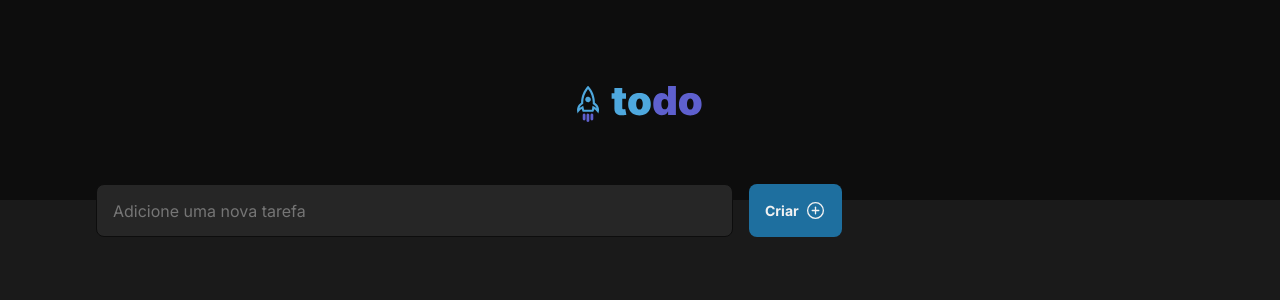
Repository: viniimartins/ToDoListROCKETSEAT
Page: /
The author's editor kept a copy of each file at every save. The page is drawn from the files as they stood at one save, then again after the next save.
The browser window is 1280 px wide. The pictures show the whole page.
The project was rebuilt for these pictures with package versions that can differ from the ones it lists, and the page was loaded fresh each time. Also part of the build but not shown: vite.config.ts.

Above is the page before, as saved 2023-05-05 15:12:15.

### index.html
<!DOCTYPE html>
<html lang="en">
  <head>
    <meta charset="UTF-8" />

    <link rel="preconnect" href="https://fonts.googleapis.com" />
    <link rel="preconnect" href="https://fonts.gstatic.com" crossorigin />

    <link rel="icon" type="image/svg+xml" href="/vite.svg" />
    <meta name="viewport" content="width=device-width, initial-scale=1.0" />
    <title>Vite + React + TS</title>

    <link
      href="https://fonts.googleapis.com/css2?family=Inter:wght@400;700&display=swap"
      rel="stylesheet"
    />
  </head>
  <body>
    <div id="root"></div>
    <script type="module" src="/src/main.tsx"></script>
  </body>
</html>

### src/App.tsx
import { Header } from "./Components/Header";
import { AddTask } from "./Components/AddTask";

import styles from "./App.module.css";
import "./global.css";

export function App() {
  return (
    <>
      <div>
        <Header />

        <main className={styles.wrapper}>
          <AddTask />
        </main>
      </div>
    </>
  );
}

### src/Components/Header.tsx
import styles from "./Header.module.css";
import Logo from "../assets/Logo.svg";

export function Header() {
  return (
    <>
      <header className={styles.header}>
        <img src={Logo} />
      </header>
    </>
  );
}

### src/Components/AddTask.tsx
import { PlusCircle } from "phosphor-react";
import styles from "./AddTask.module.css";

export function AddTask() {
  return (
    <div className={styles.inputs}>
      <input
        className={styles.inputText}
        type="text"
        placeholder="Adicione uma nova tarefa"
      />
      <button className={styles.Button}>
        <span className={styles.ButtonText}>Criar</span>
        <PlusCircle size={21} />
      </button>
    </div>
  );
}

### src/App.module.css
.wrapper {
  max-width: 70rem;
  margin: -1rem auto;
  padding: 0 1rem;

  display: grid;
  grid-template-columns: 1fr;
  gap: 2rem;
  align-items: flex-start;
}

### src/global.css
:root {
  --white: #fff;

  --gray-100: #f2f2f2;
  --gray-200: #d9d9d9;
  --gray-300: #808080;
  --gray-400: #333333;
  --gray-500: #262626;
  --gray-600: #1a1a1a;
  --gray-700: #0d0d0d;

  --purble: #8284fa;
  --purbleDark: #5e60ce;

  --blue: #4ea8de;
  --blueDark: #1E6F9F;

  --darger: #e25858;
}

:focus {
  outline: transparent;
  box-shadow: 0 0 0 2px var(--purbleDark);
}

* {
  margin: 0;
  padding: 0;
  box-sizing: border-box;
}

body {
  background: var(--gray-600);
  color: var(--gray-100);
  -webkit-font-smoothing: antialiased;
}

body,
input,
textarea,
button {
  font-family: "Inter", sans-serif;
  font-weight: 400;
  font-size: 1rem;
}

### src/Components/Header.module.css
.header {
  height: 12.5rem;
  background-color: var(--gray-700);
  display: flex;
  justify-content: center;
  align-items: center;
}

.header img {
  width: 7.875rem;
  height: 3rem;
}

### src/Components/AddTask.module.css
.inputs {
  display: flex;
  gap: 1rem;
}

.inputText {
  width: 39.813rem;
  height: 3.313rem;

  border-radius: 0.5rem;
  padding: 1rem;
  border: 1px solid var(--gray-700);

  font-weight: 400;
  font-size: 1rem;
  background-color: var(--gray-500);
}

.Button {
  display: flex;
  align-items: center;

  background-color: var(--blueDark);
  color: var(--gray-100);

  border: none;
  border-radius: 0.5rem;
  padding: 1rem;
  cursor: pointer;
  gap: 0.4rem;

  font-weight: 700;
  font-size: 0.875rem;;
}

.Button:hover {
  background: var(--blue);
}

Loaded but not shown: src/main.tsx (common file)

After the next save:
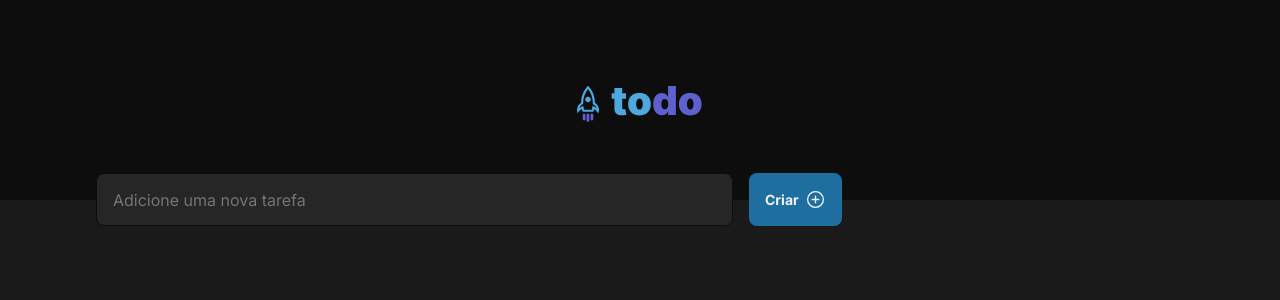
Saved 46 s later.
--- a/src/App.module.css
+++ b/src/App.module.css
@@ -1,6 +1,6 @@
 .wrapper {
   max-width: 70rem;
-  margin: -1rem auto;
+  margin: -1.687rem auto;
   padding: 0 1rem;
 
   display: grid;
